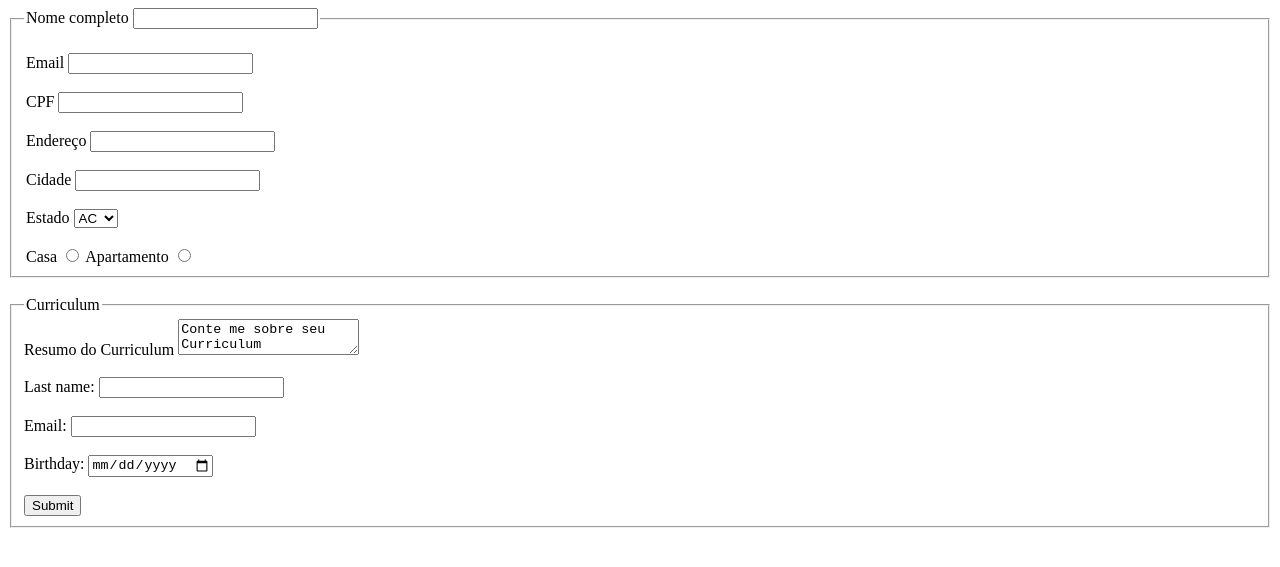
Repository: Parker9309/-trybe-exercises
Page: exercises/exercises-bloco6/html-e-css-forms-flexbox-e-responsivo_1/index.html
An editor plug-in stored every save of this project. The page is shown before and after the next save, followed by the edit.
The browser window is 1280 px wide. The pictures show the whole page.

Above is the page before, as saved 2021-03-16 20:20:23.

### exercises/exercises-bloco6/html-e-css-forms-flexbox-e-responsivo_1/index.html
<!DOCTYPE html>
<html lang="pt-br">
<head>
  <meta charset="UTF-8">
  <meta http-equiv="X-UA-Compatible" content="IE=edge">
  <meta name="viewport" content="width=device-width, initial-scale=1.0">
  <title>Document</title>
</head>
<body>
  <form>
    <div id="forms">
    <fieldset>
      <legend>
        <label form="nome"> Nome completo
          <input type = "text" name="nome" id="nome" maxlength="40" required>
        </label>
      </legend>

  <br>

    <legend>
      <label form="mail"> Email
        <input type = "text" name="nome" id="mail" maxlength="50" required>
      </label>
    </legend>

  <br>

    <legend>
      <label form="cpf"> CPF
        <input type = "text" name="nome" id="cpf" maxlength="11" required>
      </label>
    </legend>

<br>

  <legend>
    <label form="nome"> Endereço
      <input type = "text" name="nome" id="endereço" maxlength="200" required>
    </label>
  </legend>

<br>

  <legend>
    <label form="nome"> Cidade
      <input type = "text" name="nome" id="city" maxlength="28" required>
    </label>
  </legend>

<br>

  <legend>
    <label form="nome"> Estado
      <select name="nome" id="estados" required>
    </label>
  </legend>

<br>

  <legend>
    <label form="nome"> Estado
      <select name="nome" id="estados" required>
    </label>
  </legend>

<br>

  <legend>
      <label form="nome">Casa</label>
      <input type="radio" name="nome" id="Moradia" required>
      <label form="nome">Apartamento</label>
      <input type="radio" name="nome" id="Moradia" required>
  </legend>
</fieldset>
<br>
<fieldset>
  <legend>Curriculum</legend>
  <label for="fname">Resumo do Curriculum</label>
  <textarea type="text" id="fname" name="fname">Conte me sobre seu Curriculum
   </textarea><br><br>
  <label for="lname">Last name:</label>
  <input type="text" id="lname" name="lname"><br><br>
  <label for="email">Email:</label>
  <input type="email" id="email" name="email"><br><br>
  <label for="birthday">Birthday:</label>
  <input type="date" id="birthday" name="birthday"><br><br>
  <input type="submit" value="Submit">
</fieldset>
</div>
</form>
<script src = "script.js"></script>
</body>
</html>

### exercises/exercises-bloco6/html-e-css-forms-flexbox-e-responsivo_1/script.js
let opcoes = document.getElementById('estados');
function criarOpcoes() {
  let estadosBr = ['AC', 'AL', 'AP','AM', 'BA','CE', 'DF',
  'ES', 'GO', 'MA', 'MT', 'MS', 'MG', 'PA', 'PB', 'PR','PE', 'PI', 'RJ', 'RN', 'RS', 'RO', 'RR', 'SC', 'SP', 'SE', 'TO'];
  for (let stateIndex = 0; stateIndex < estadosBr.length; stateIndex += 1) {
    let opcao = document.createElement('option');
    opcao.value = estadosBr[stateIndex].toLowerCase();
    opcao.id = 'estados';
    opcao.innerHTML = estadosBr[stateIndex];
    opcoes.appendChild(opcao);
  }
}
criarOpcoes()

After the next save:
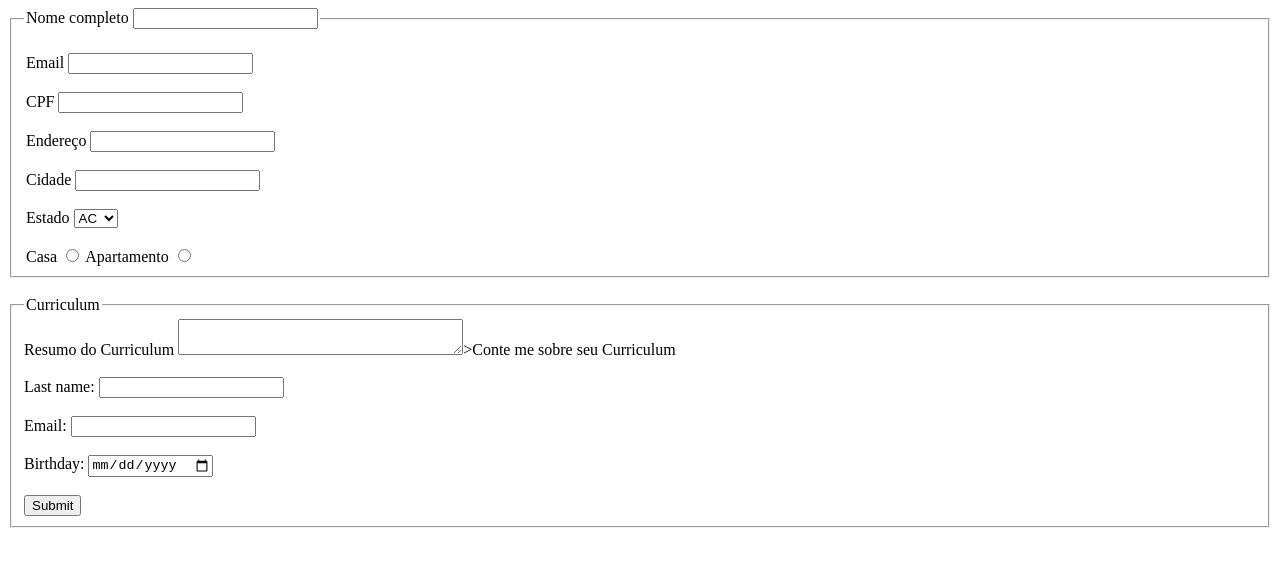
Saved 46 s later.
--- a/exercises/exercises-bloco6/html-e-css-forms-flexbox-e-responsivo_1/index.html
+++ b/exercises/exercises-bloco6/html-e-css-forms-flexbox-e-responsivo_1/index.html
@@ -77,7 +77,7 @@
 <fieldset>
   <legend>Curriculum</legend>
   <label for="fname">Resumo do Curriculum</label>
-  <textarea type="text" id="fname" name="fname">Conte me sobre seu Curriculum
+  <textarea type="text" id="fname" name="fname" ows="5" cols="33"></textarea>>Conte me sobre seu Curriculum
    </textarea><br><br>
   <label for="lname">Last name:</label>
   <input type="text" id="lname" name="lname"><br><br>
